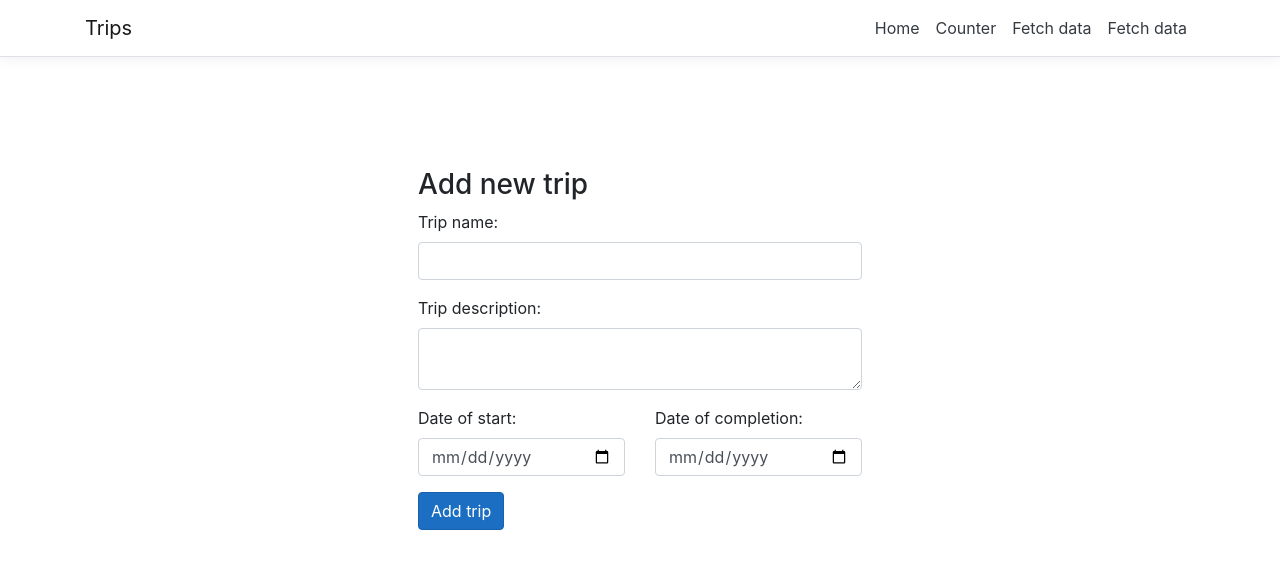
Repository: DevLuDaley/Trips
Page: /Create (app in ClientApp/)
The author's editor kept a copy of each file at every save. The page is drawn from the files as they stood at one save, then again after the next save.
The browser window is 1280 px wide. The pictures show the whole page.
The project was rebuilt for these pictures with package versions that can differ from the ones it lists, and the page was loaded fresh each time. Also part of the build but not shown: ClientApp/src/components/Home.js, ClientApp/src/components/FetchData.js, ClientApp/src/components/Counter.js, ClientApp/src/components/Trip/Trips.jsx.

Above is the page before, as saved 2020-11-06 11:36:11.

### ClientApp/public/index.html
<!DOCTYPE html>
<html lang="en">
  <head>
    <meta charset="utf-8">
    <meta name="viewport" content="width=device-width, initial-scale=1, shrink-to-fit=no">
    <meta name="theme-color" content="#000000">
    <base href="%PUBLIC_URL%/" />
    <!--
      manifest.json provides metadata used when your web app is added to the
      homescreen on Android. See https://developers.google.com/web/fundamentals/engage-and-retain/web-app-manifest/
    -->
    <link rel="manifest" href="%PUBLIC_URL%/manifest.json">
    <link rel="shortcut icon" href="%PUBLIC_URL%/favicon.ico">
    <!--
      Notice the use of %PUBLIC_URL% in the tags above.
      It will be replaced with the URL of the `public` folder during the build.
      Only files inside the `public` folder can be referenced from the HTML.

      Unlike "/favicon.ico" or "favicon.ico", "%PUBLIC_URL%/favicon.ico" will
      work correctly both with client-side routing and a non-root public URL.
      Learn how to configure a non-root public URL by running `npm run build`.
    -->
    <title>Trips</title>
  </head>
  <body>
    <noscript>
      You need to enable JavaScript to run this app.
    </noscript>
    <div id="root"></div>
    <!--
      This HTML file is a template.
      If you open it directly in the browser, you will see an empty page.

      You can add webfonts, meta tags, or analytics to this file.
      The build step will place the bundled scripts into the <body> tag.

      To begin the development, run `npm start` or `yarn start`.
      To create a production bundle, use `npm run build` or `yarn build`.
    -->
  </body>
</html>

### ClientApp/src/App.js
import React, { Component } from 'react';
import { Route } from 'react-router';
import { Layout } from './components/Layout';
import { Home } from './components/Home';
import { FetchData } from './components/FetchData';
import { Counter } from './components/Counter';

import './custom.css'
import Trips from './components/Trip/Trips';
import CreateTrip from './components/Trip/CreateTrip';

export default class App extends Component {
  static displayName = App.name;

  render () {
    return (
      <Layout>
        <Route exact path='/' component={Home} />
        <Route path='/counter' component={Counter} />
        <Route path='/fetch-data' component={FetchData} />
        <Route path='/trips' component={Trips} />
        <Route path='/create' component={CreateTrip} />
      </Layout>
    );
  }
}

### ClientApp/src/custom.css
/* Provide sufficient contrast against white background */
a {
  color: #0366d6;
}

code {
  color: #E01A76;
}

.btn-primary {
  color: #fff;
  background-color: #1b6ec2;
  border-color: #1861ac;
}

.trip-form {
  /* color: #fff;
  background-color: #1b6ec2;
  border-color: #1861ac; */
  margin: 10% 30% 10% 30%;
}

### ClientApp/src/components/Trip/CreateTrip.jsx
import React, { Fragment, Component } from 'react'
class Create extends Component {
    constructor(props){
        super(props)
        this.state = {
                   name: '',
                   description: '',
                   dateStarted: null,
                   dateCompleted: null
          }

    }
    render() {
        return (
        <Fragment>
            <div className="trip-form" >
                <h3>Add new trip</h3>
                <form onSubmit={this.onSubmit}>
                    <div className="form-group">
                        <label>Trip name:  </label>
                        <input
                          type="text"
                          className="form-control"
                         />
                    </div>
                    <div className="form-group">
                        <label>Trip description: </label>
                        <textarea
			  type="text"
                          className="form-control"
                        />
                    </div>
                    <div className="row">
                        <div className="col col-md-6 col-sm-6 col-xs-12">
                            <div className="form-group">
                                <label>Date of start:  </label>
                                <input
                                  type="date"
                                  className="form-control"
                                />
                            </div>
                        </div>
                        <div className="col col-md-6 col-sm-6 col-xs-12">
                          <div className="form-group">
                            <label>Date of completion:  </label>
                            <input
                                type="date"
                                className="form-control"
                            />
                            </div>
                        </div>
                    </div>


                    <div className="form-group">
                        <input type="submit" value="Add trip" className="btn btn-primary"/>
                    </div>
                </form>
            </div>
        </Fragment> );
    }
}

export default Create;

### ClientApp/src/components/NavMenu.js
import React, { Component } from 'react';
import { Collapse, Container, Navbar, NavbarBrand, NavbarToggler, NavItem, NavLink } from 'reactstrap';
import { Link } from 'react-router-dom';
import './NavMenu.css';

export class NavMenu extends Component {
  static displayName = NavMenu.name;

  constructor (props) {
    super(props);

    this.toggleNavbar = this.toggleNavbar.bind(this);
    this.state = {
      collapsed: true
    };
  }

  toggleNavbar () {
    this.setState({
      collapsed: !this.state.collapsed
    });
  }

  render () {
    return (
      <header>
        <Navbar className="navbar-expand-sm navbar-toggleable-sm ng-white border-bottom box-shadow mb-3" light>
          <Container>
            <NavbarBrand tag={Link} to="/trips">Trips</NavbarBrand>
            <NavbarToggler onClick={this.toggleNavbar} className="mr-2" />
            <Collapse className="d-sm-inline-flex flex-sm-row-reverse" isOpen={!this.state.collapsed} navbar>
              <ul className="navbar-nav flex-grow">
                <NavItem>
                  <NavLink tag={Link} className="text-dark" to="/">Home</NavLink>
                </NavItem>
                <NavItem>
                  <NavLink tag={Link} className="text-dark" to="/counter">Counter</NavLink>
                </NavItem>
                <NavItem>
                  <NavLink tag={Link} className="text-dark" to="/fetch-data">Fetch data</NavLink>
                </NavItem>
                <NavItem>
                  <NavLink tag={Link} className="text-dark" to="/fetch-data">Fetch data</NavLink>
                </NavItem>
              </ul>
            </Collapse>
          </Container>
        </Navbar>
      </header>
    );
  }
}

Loaded but not shown: ClientApp/src/index.js (common file); ClientApp/src/registerServiceWorker.js (common file); ClientApp/src/components/Layout.js (common file); ClientApp/src/components/NavMenu.css (common file)

After the next save:
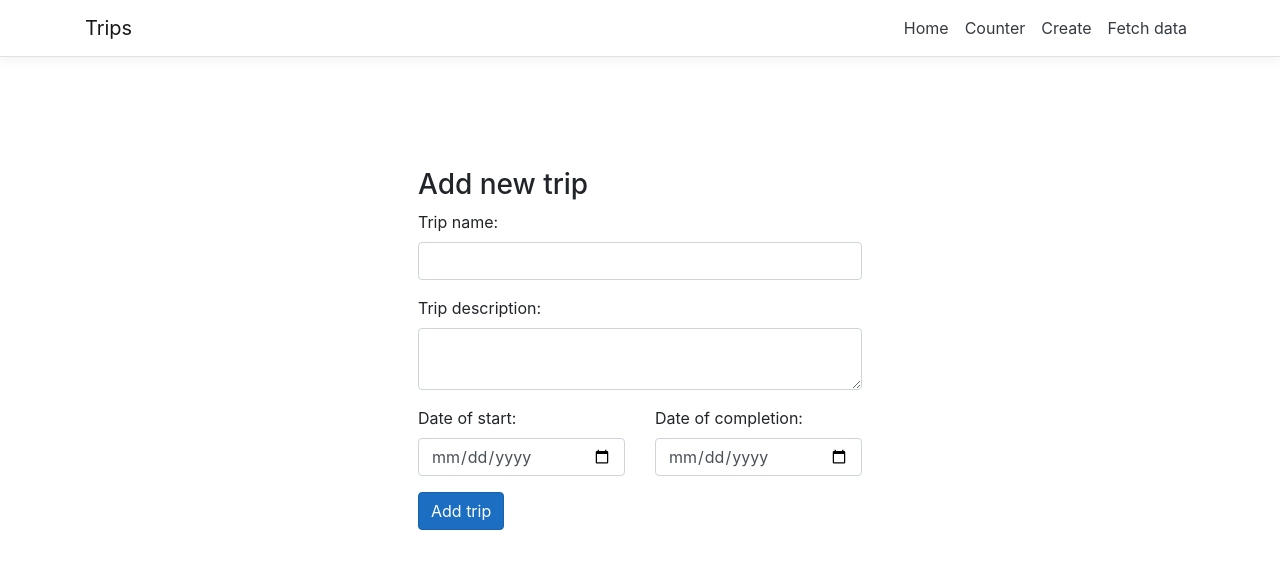
Saved 43 s later.
--- a/ClientApp/src/components/NavMenu.js
+++ b/ClientApp/src/components/NavMenu.js
@@ -37,7 +37,7 @@ export class NavMenu extends Component {
                   <NavLink tag={Link} className="text-dark" to="/counter">Counter</NavLink>
                 </NavItem>
                 <NavItem>
-                  <NavLink tag={Link} className="text-dark" to="/fetch-data">Fetch data</NavLink>
+                  <NavLink tag={Link} className="text-dark" to="/Create-Trip">Create</NavLink>
                 </NavItem>
                 <NavItem>
                   <NavLink tag={Link} className="text-dark" to="/fetch-data">Fetch data</NavLink>
